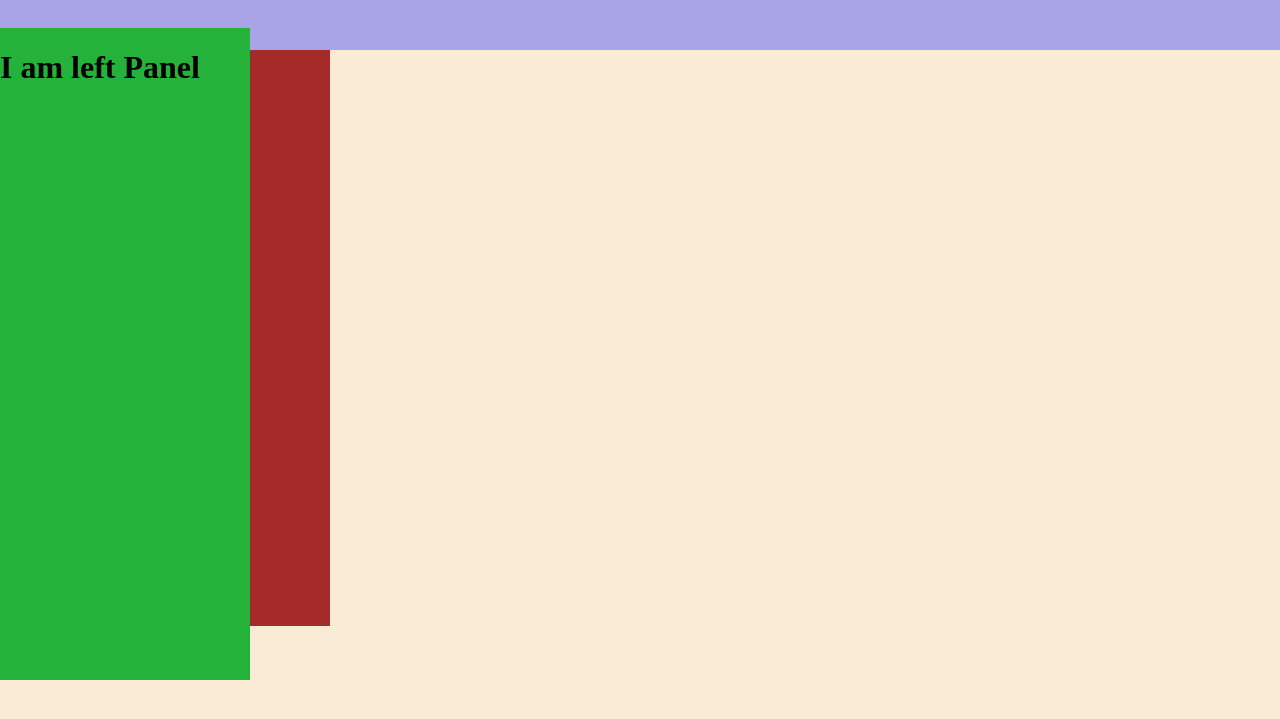
Repository: purnimapatel/fish-world
Page: index.html
An editor plug-in stored every save of this project. The page is shown before and after the next save, followed by the edit.
The browser window is 1280 px wide. The pictures show the whole page.

Above is the page before, as saved 2024-08-25 11:04:50.

After the next save:
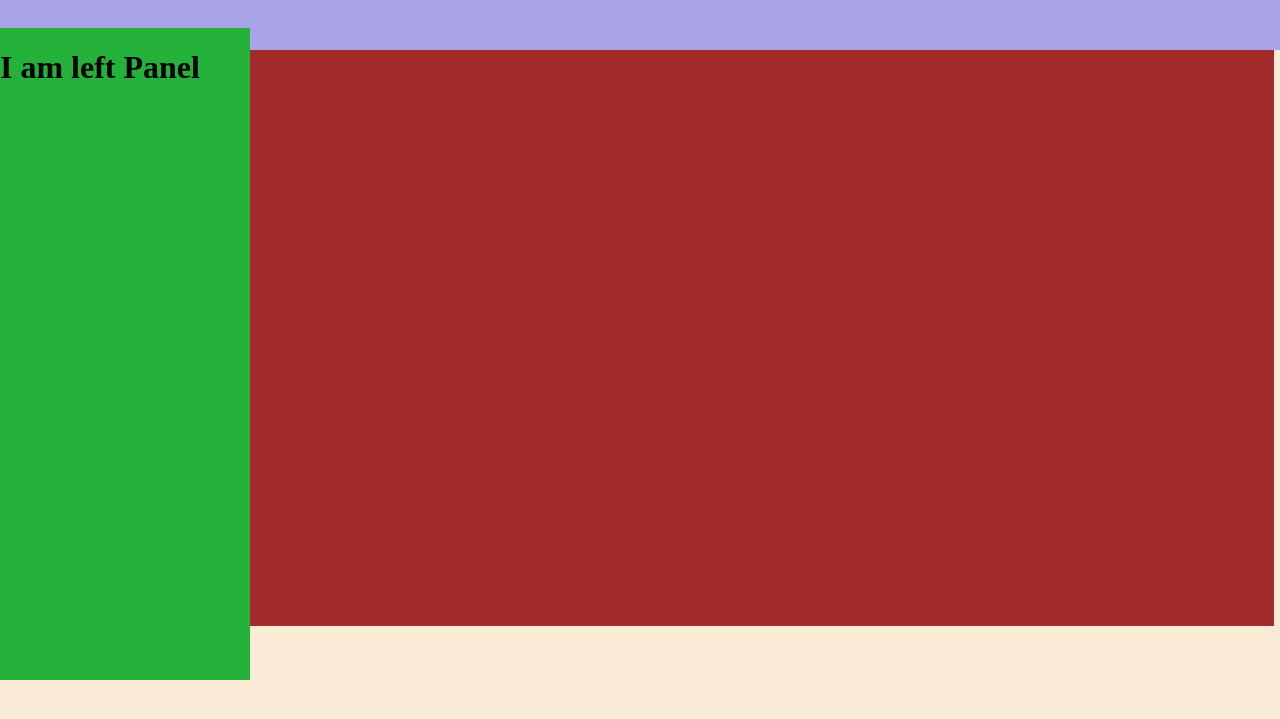
Saved 25 s later.
--- a/style.css
+++ b/style.css
@@ -31,6 +31,6 @@ body{
 .mainBody{
     background-color:brown;
     height: 80vh;
-    width:80px;
+    width:80%;
 
 }
